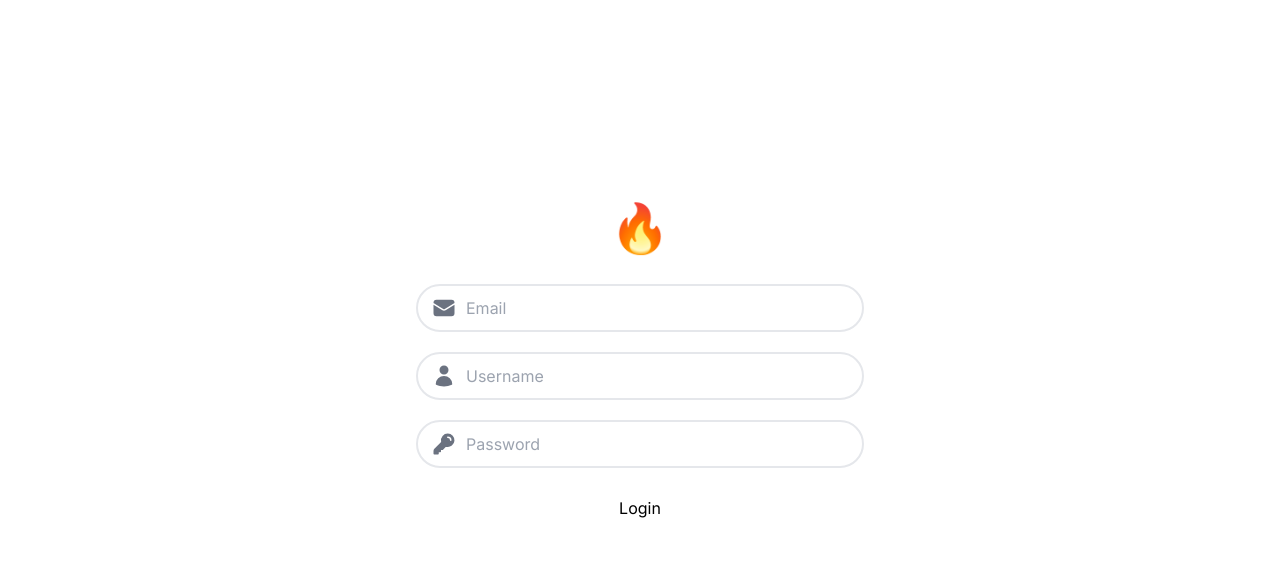
Repository: ParkSeokgyu/tweets
Page: /login
An editor plug-in stored every save of this project. The page is shown before and after the next save, followed by the edit.
The browser window is 1280 px wide. The pictures show the whole page.
The project was rebuilt for these pictures with package versions that can differ from the ones it lists, and the page was loaded fresh each time. The framework's server and built-in components were replaced by stand-ins that run in the browser. Also part of the build but not shown: next.config.mjs.

Above is the page before, as saved 2024-08-14 11:35:51.

After the next save:
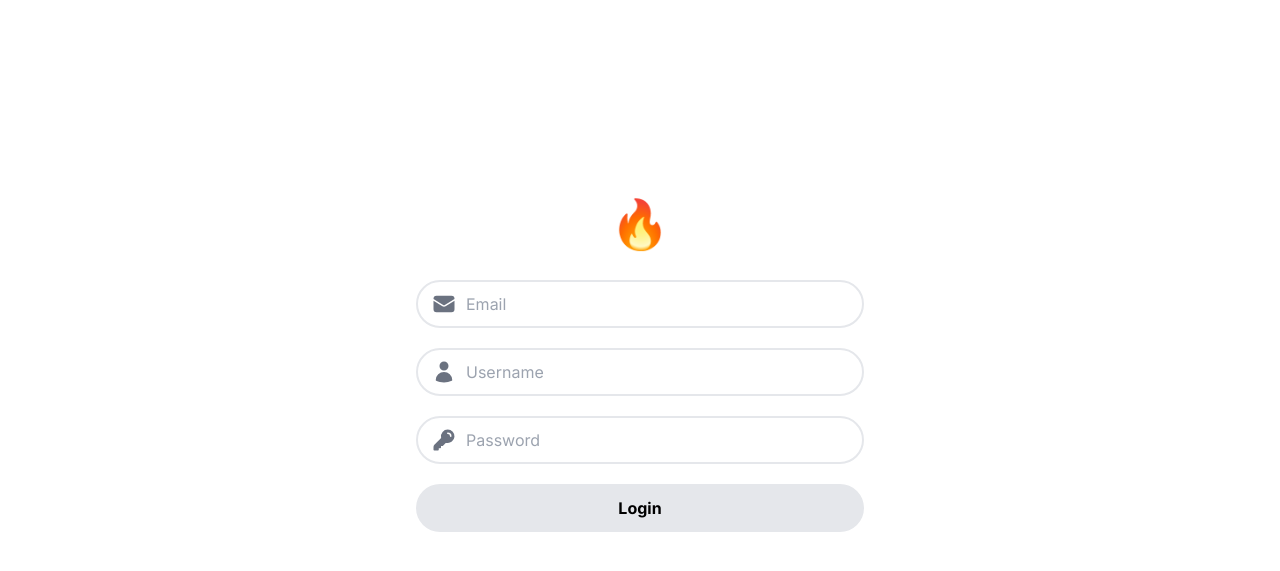
Saved 53 s later.
--- a/components/button.tsx
+++ b/components/button.tsx
@@ -1,22 +1,20 @@
-"use client"
+"use client";
+
 import { useFormStatus } from "react-dom";
 
 interface ButtonProps {
   text: string;
 }
-
 export default function Button({ text }: ButtonProps) {
 
-  const { pending } = useFormStatus(); //
+  const { pending } = useFormStatus(); // 로딩 중일 때는 버튼을 비활성화
 
   return (
     <button
       disabled={pending}
-      className="primary-btn h-10 disabled:bg-neutral-400  disabled:text-neutral-300 disabled:cursor-not-allowed"
+      className="h-12 disabled:bg-neutral-400 disabled:text-neutral-200 disabled:cursor-not-allowed w-full bg-gray-200 font-bold rounded-full hover:bg-gray-300 active:scale-90 transition-transform"
     >
-
-      {pending ? "로딩 중..." : text}
-
+      {pending ? "로딩중..." : text}
     </button>
-  );
+  )
 }
